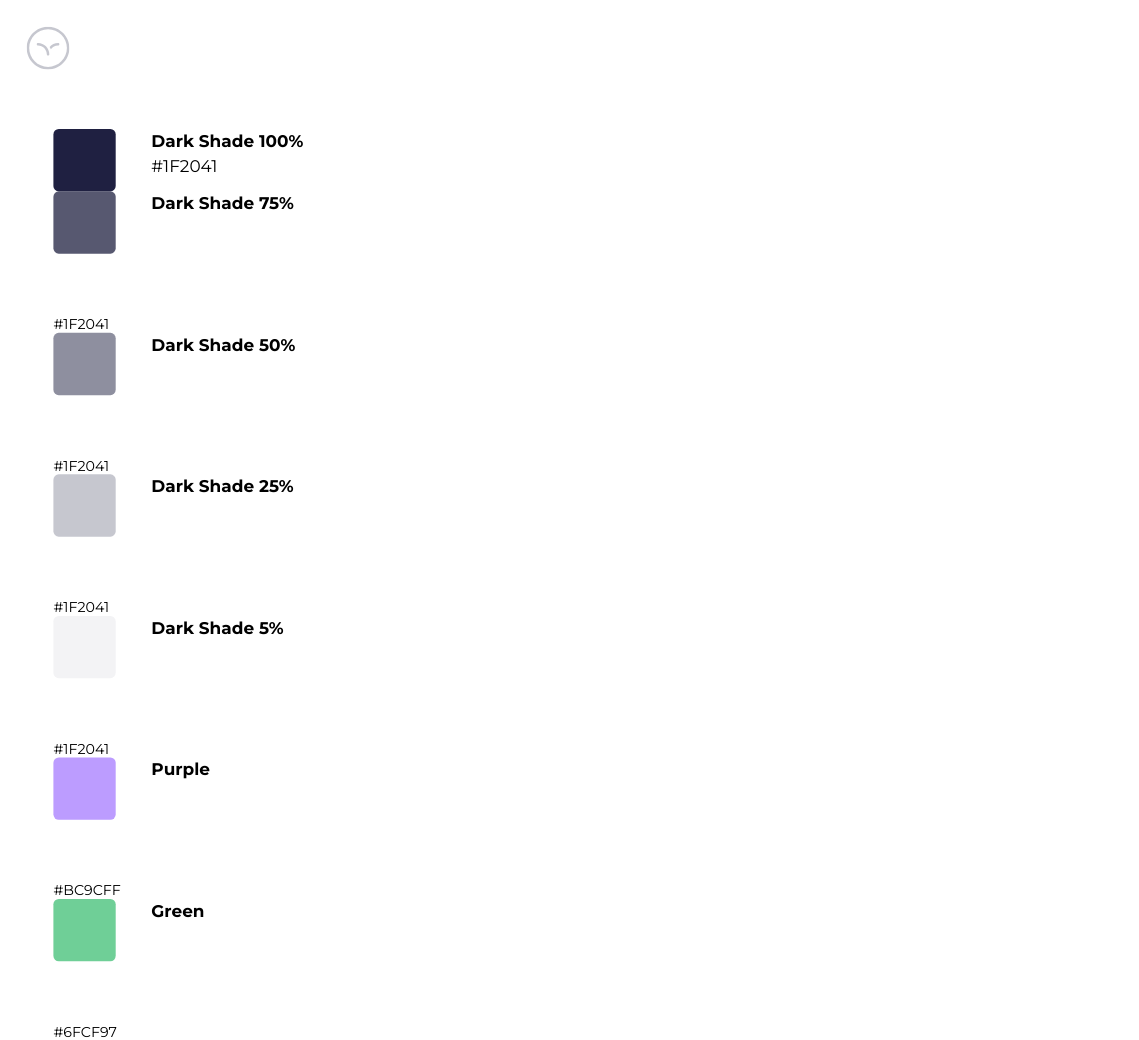
Repository: Inzhir2022/quatrain
Page: ui/index.html
These files come from the project's save history. The page is drawn as it stood at one moment and after the next save; the edit follows.
The browser window is 1280 px wide. The pictures show the whole page, at 89% of full size.

Above is the page before, as saved 2022-07-23 09:42:22.

After the next save:
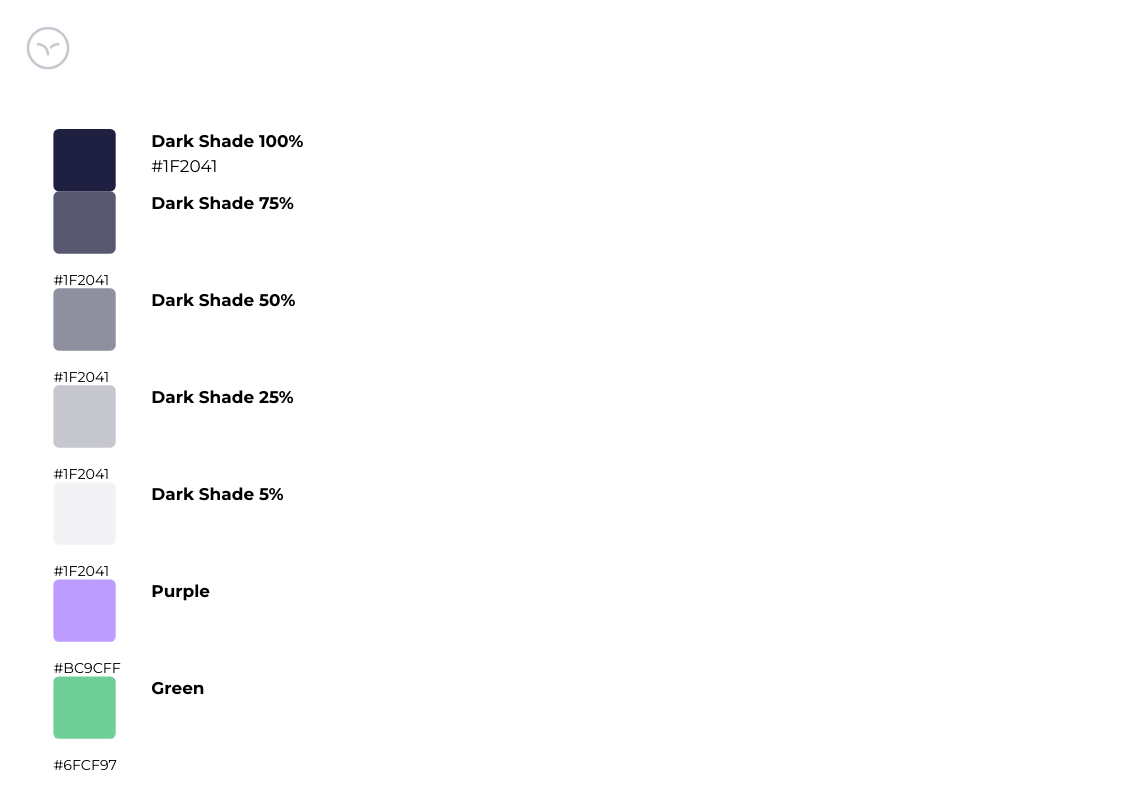
Saved 9 s later.
--- a/ui/style.css
+++ b/ui/style.css
@@ -47,7 +47,7 @@
   display: grid;
   grid-template-columns: 70px 171px;
   column-gap: 40px;
-  row-gap: 70px;
+  row-gap: 20px;
 }
 
 .colors__item {
